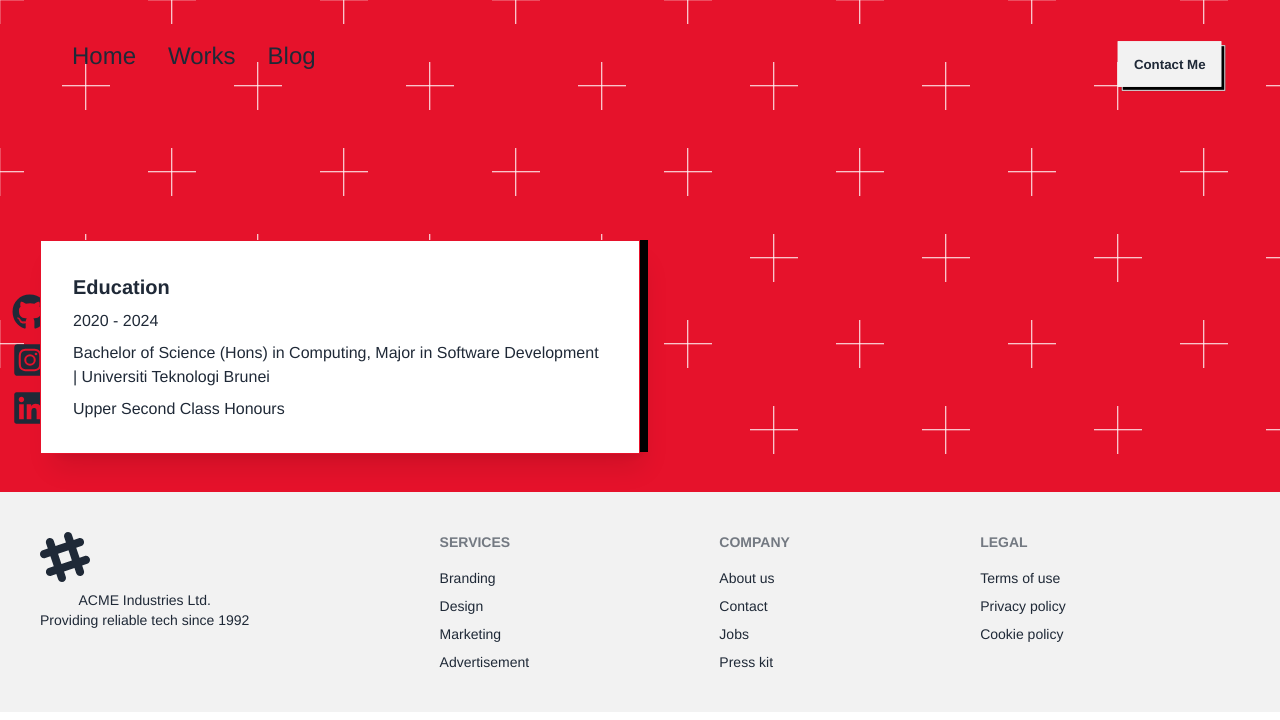
Repository: Ech026/echo-portfolio
Page: /echo-portfolio/my-work/echo-bike-app
An editor plug-in stored every save of this project. The page is shown before and after the next save, followed by the edit.
The browser window is 1280 px wide. The pictures show the whole page.
The project was rebuilt for these pictures with package versions that can differ from the ones it lists, and the page was loaded fresh each time. Also part of the build but not shown: vite.config.js, src/components/hero.jsx, src/components/main.jsx, src/components/project.jsx, src/components/works.jsx.

Above is the page before, as saved 2024-10-14 19:31:08.

After the next save:
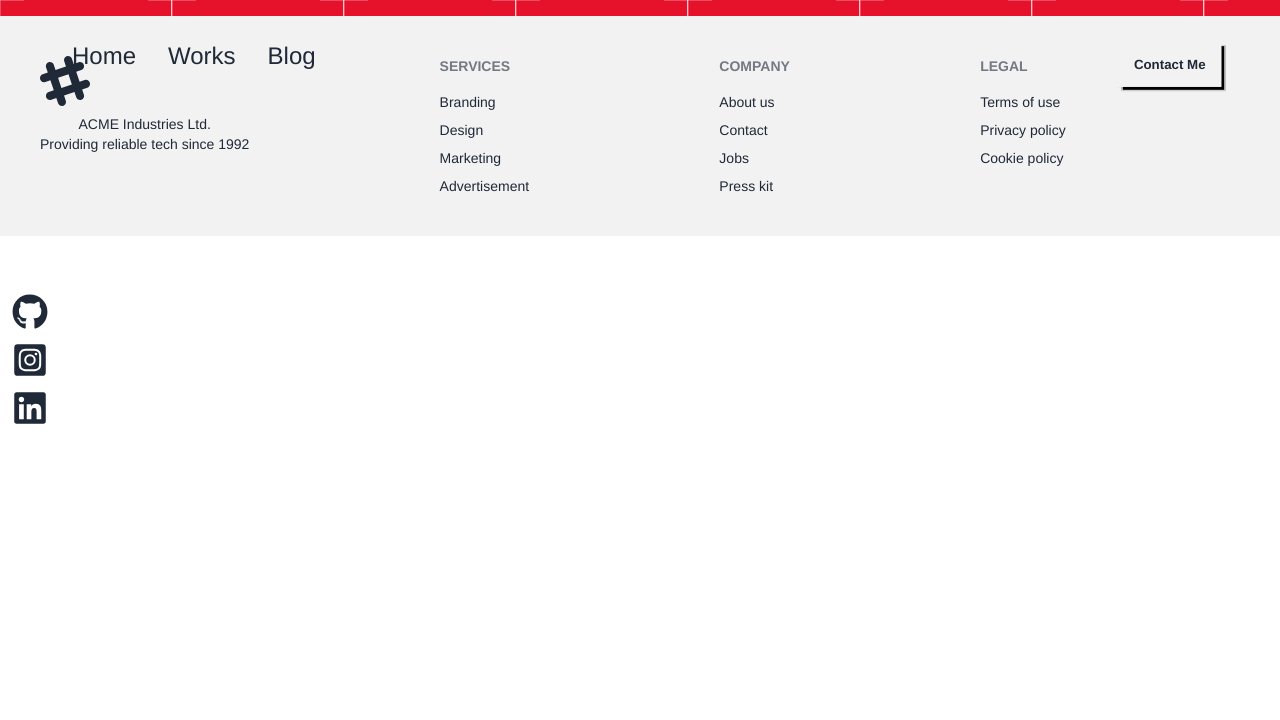
Saved 22 s later.
--- a/src/components/finalyearproj.jsx
+++ b/src/components/finalyearproj.jsx
@@ -9,27 +9,7 @@
     <Sidebar/>
     <Nav/>
 
-    <div className='m-10 mt-16'>
-                <div className=" mt -34 z-20 card w-[600px] bg-white border border-[#e6122b] rounded-none absolute">
-                  <div className="card-body">
-                    <h2 className="card-title">Education</h2>
-                    <p className='text-left'>2020 - 2024</p>
-                    <p className='text-left'>Bachelor of Science (Hons) in Computing, Major in Software Development | Universiti Teknologi Brunei</p>
-                    <p className='text-left'>Upper Second Class Honours</p>
 
-
-                  </div>
-                </div>
-                <div className=" mt-56 ml-2 card w-[600px] bg-[#000] shadow-xl rounded-none ">
-                  <div className="card-body">
-                  <h2 className="card-title">Education</h2>
-                    <p className='text-left'>Jan - June 2023</p>
-                    <p className='text-left'>Bachelor of Science (Hons) in Computing, Major in Software Development | Universiti Teknologi Brunei</p>
-                    <p className='text-left'>Upper Second Class Honours</p>
-
-                  </div>
-                </div>
-            </div>
     <Footer/>
     </>
   )
